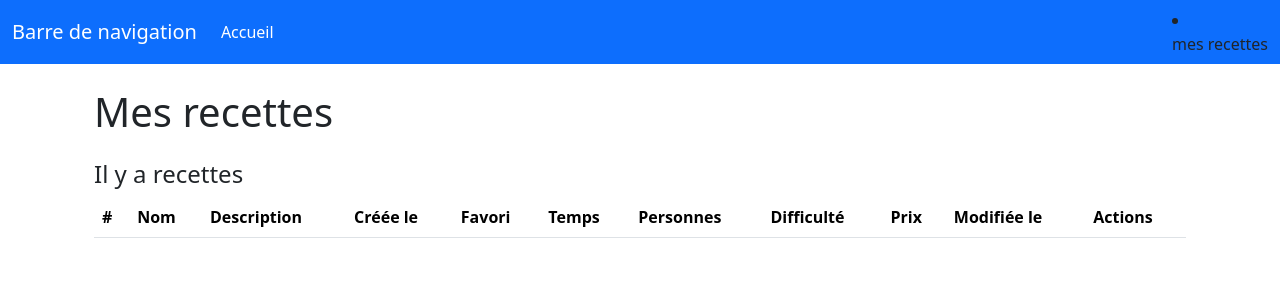
Repository: IslamBoubaker/marmit
Page: templates/pages/recipe/index.html.twig
These files come from the project's save history. The page is drawn as it stood at one moment and after the next save; the edit follows.
The browser window is 1280 px wide. The pictures show the whole page.
The page is a Twig template of a Symfony application; nobody is signed in and links lead nowhere. The template is opened directly, without the code that normally fills it, so the values that code supplies are empty.

Above is the page before, as saved 2025-06-24 16:09:03.

### templates/pages/recipe/index.html.twig
{% extends 'base.html.twig' %}

{% block title %}Liste des recettes
{% endblock %}

{% block body %}
	<div class="container mt-4">
		{% if not recipes.items is same as([]) %}
			<h1>Mes recettes</h1>
			<div class="count mt-4">
				<h4>Il y a {{ recipes.getTotalItemCount() }} recettes</h4>
			</div>
			<table class="table table-hover ">
				<thead>
					<tr>
						<th scope="col">#</th>
						<th scope="col">Nom</th>
						<th scope="col">Description</th>
						<th scope="col">Créée le</th>
						<th scope="col">Favori</th>
						<th scope="col">Temps</th>
						<th scope="col">Personnes</th>
						<th scope="col">Difficulté</th>
						<th scope="col">Prix</th>
						<th scope="col">Modifiée le</th>
						<th scope="col">Actions</th>
					</tr>
				</thead>
				<tbody>
					{% for recipe in recipes %}
						<tr class="table-primary">
                        <th scope="row">{{ recipe.id }}</th>
							<td>{{ recipe.name }}</td>
							<td>{{ recipe.description|length > 50 ? recipe.description|slice(0, 50) ~ '...' : recipe.description }}</td>
							<td>{{ recipe.createdAt ? recipe.createdAt|date('Y-m-d') : '' }}</td>
							<td>{{ recipe.isFavorite ? 'Oui' : 'Non' }}</td>
							<td>{{ recipe.time ? recipe.time ~ ' min' : '' }}</td>
							<td>{{ recipe.nbPeople ?? '-' }}</td>
							<td>{{ recipe.difficulty ?? '-' }}</td>
							<td>{{ recipe.price is not null ? recipe.price ~ ' €' : '-' }}</td>
							<td>{{ recipe.updatedAt ? recipe.updatedAt|date('Y-m-d') : '' }}</td>
							<td>
                            TODO
							</td>
                            <td>
                            TODO
                            </td>
						</tr>
                        {% endfor %}
                        </tbody>
			</table>
           <div class="navigation d-flex justify-content-center">
           {{ knp_pagination_render(recipes)}}

            </div>
                    {% else %}
						<h4>Il n'y a pas de recettes</h4>
					{% endif %}
</div>
{% endblock %}

### templates/base.html.twig
<!DOCTYPE html>
<html>
<head>
    <meta charset="UTF-8">
    <title>{% block title %}Welcome!{% endblock %}</title>
    <link rel="icon" href="data:[embedded picture, 143 characters]">

    {% block stylesheets %}
        <link rel="stylesheet" href="https://cdn.jsdelivr.net/npm/bootstrap@5.3.7/dist/css/bootstrap.min.css">
    {% endblock %}

    {% block javascripts %}
        <script src="https://cdn.jsdelivr.net/npm/bootstrap@5.3.7/dist/js/bootstrap.bundle.min.js"></script>
    {% endblock %}
</head>

    <body>
    {% include 'pages/Partials/_header.html.twig' %}

</body>


    <main class="container mt-4">
        {% block body %}{% endblock %}
    </main>

</html>

### templates/pages/Partials/_header.html.twig
<nav class="navbar navbar-expand-lg bg-primary" data-bs-theme="dark">
  <div class="container-fluid">
    <a class="navbar-brand" href="{{ path('app_home') }}"> <font style="vertical-align: inherit;"><font style="vertical-align: inherit;">Barre de navigation</font></font></a>
    <button class="navbar-toggler" type="button" data-bs-toggle="collapse" data-bs-target="#navbarColor01" aria-controls="navbarColor01" aria-expanded="false" aria-label="Basculer la navigation">
      <span class="navbar-toggler-icon"></span>
    </button>
    <div class="collapse navbar-collapse" id="navbarColor01">
      <ul class="navbar-nav me-auto">
        <li class="nav-item">
          <a class="nav-link active" href="{{ path('app_home') }}"><font style="vertical-align: inherit;"><font style="vertical-align: inherit;"> Accueil
            </font></font><span class="visually-hidden"><font style="vertical-align: inherit;"><font style="vertical-align: inherit;">(current)</font></font></span>
          </a>

          </div>
        </li>
        <li class="nav-item">
          <a class="nav-link active" href="{{ path('app_ingredient') }}">
            <span class="visually-hidden">(current)</span>

            <a class="nav-link active" href="{{ path('app_recipe_index') }}">mes recettes</a>
          </a>
        </li>
      </ul>

    </div>
  </div>
</nav>

After the next save:
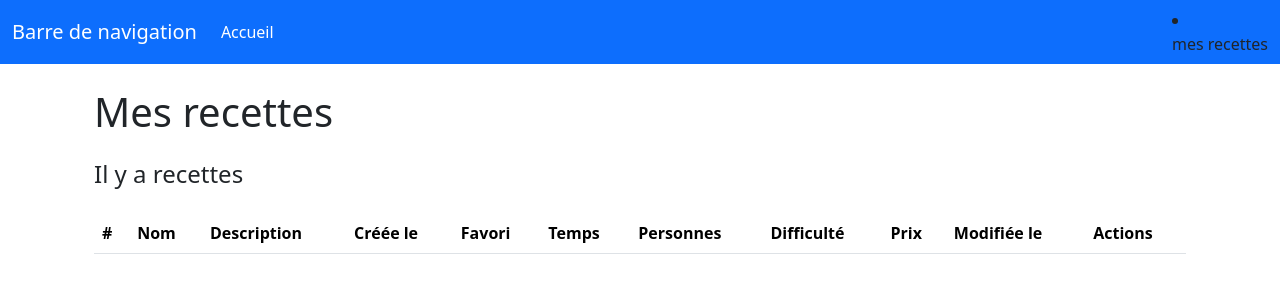
Saved 4 s later.
--- a/templates/pages/recipe/index.html.twig
+++ b/templates/pages/recipe/index.html.twig
@@ -10,7 +10,7 @@
 			<div class="count mt-4">
 				<h4>Il y a {{ recipes.getTotalItemCount() }} recettes</h4>
 			</div>
-			<table class="table table-hover ">
+			<table class="table table-hover mt-4">
 				<thead>
 					<tr>
 						<th scope="col">#</th>
